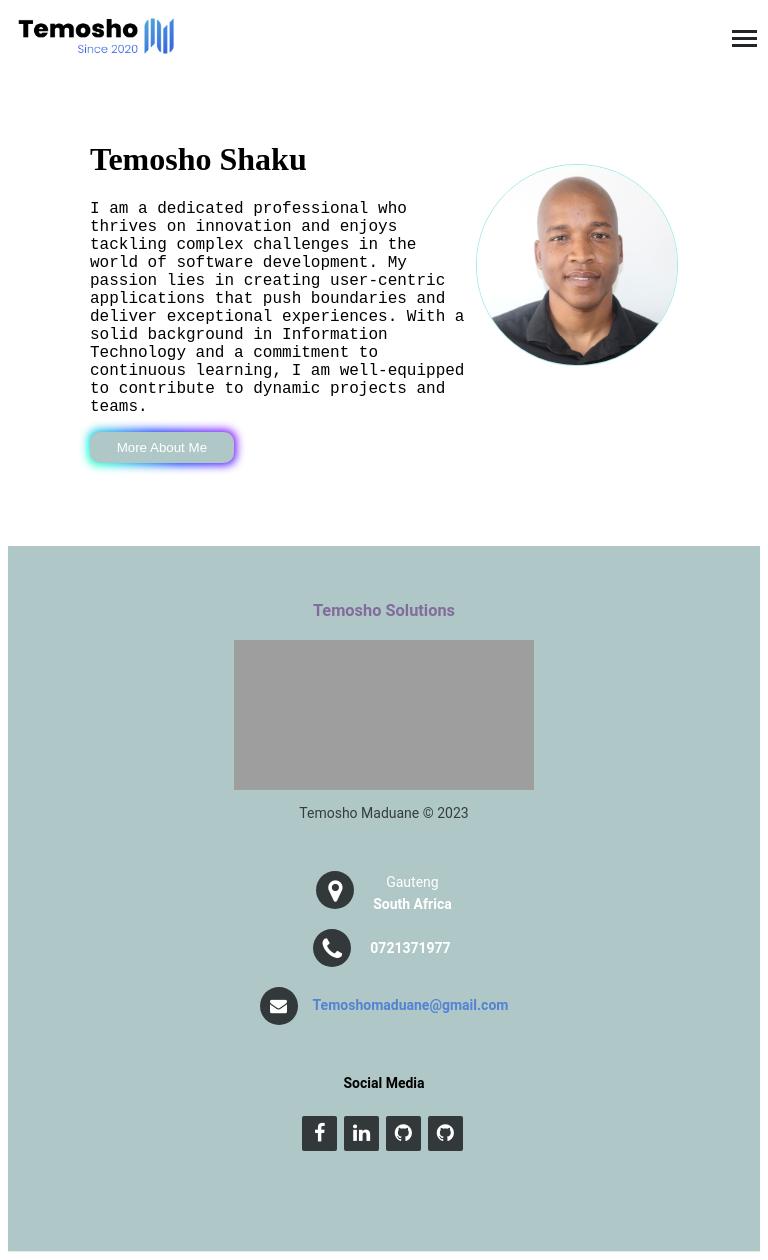
Repository: TemoshoS/T-Shaku
Page: index.html
These files come from the project's save history. The page is drawn as it stood at one moment and after the next save; the edit follows.
The browser window is 768 px wide. The pictures show the whole page.
Pictures or frames that could not be fetched are drawn as grey boxes. Some web libraries are served in a nearby version.

Above is the page before, as saved 2023-09-28 14:58:46.

### index.html
<!DOCTYPE html>
<html>
<title>Temosho Shaku</title>
<meta charset="UTF-8">
<meta name="viewport" content="width=device-width,initial-scale=1">


<link rel="stylesheet" href="./css/style.css">

<link rel="stylesheet" href="http://maxcdn.bootstrapcdn.com/font-awesome/4.2.0/css/font-awesome.min.css">
<link href="http://fonts.googleapis.com/css?family=Cookie" rel="stylesheet" type="text/css">

<body>

  <header>
    <div>
      <table style="width: 100%;">
        <tr>
          <td>
            <a href="index.html">
              <img src="./images/logo.png" style="height: 50px;" alt="No logo" />
            </a>
          </td>
          <td align="right">
            <nav>
              <!-- Mobile Menu Icon -->
              <div class="menu-icon" onclick="toggleMenu()">
                <div class="bar"></div>
                <div class="bar"></div>
                <div class="bar"></div>
              </div>
              <!-- Navigation Links (Initially Hidden) -->
              <ul class="nav-links">
                <a href="index.html" class="nav-link"><b>Home</b></a>
                <a href="about.html" class="nav-link"><b>About me</b></a>
                <a href="contact.html" class="nav-link"><b>Contact us</b></a>
              </ul>
            </nav>
          </td>
        </tr>
      </table>
    </div>
  </header>



  <main>
    <table style="width: 100%; height: 300px">

      <tr>
        <td style="padding-left: 10vh; padding-top: 50px">
          <h1 id="name" class="name"></h1>
          <p style="width: 100%" id="para" class="description"></p>
          <button onclick="window.location.href='about.html'" class="buttonmore">More About Me</button>



        </td>
        <td align="right" style="padding-right: 10vh; padding-top: 30px; padding-bottom: 30px">
          <img src="./images/Temosho.jpg" alt="No picture" class="img-profile" />

        </td>
      </tr>
    </table>
  </main>


  <footer class="footer-distributed">
    <div class="footer-left">

      <h3><span>Temosho Solutions</span></h3>
      <p class="footer-links">
        <iframe
          src="https://www.google.com/maps/embed?pb=!1m18!1m12!1m3!1d57373.12731923028!2d28.183328280934226!3d-26.00669819115315!2m3!1f0!2f0!3f0!3m2!1i1024!2i768!4f13.1!3m3!1m2!1s0x1e956bed9ab01b69%3A0xc853e498933bab2e!2sTembisa%2C%201632!5e0!3m2!1sen!2sza!4v1676883111483!5m2!1sen!2sza"
          width="300" height="150" style="border:0;" allowfullscreen="" loping="lazy"></iframe>


      </p>


      <p class="footer-portfolio-name">Temosho Maduane &copy; 2023</p>
    </div>

    <div class="footer-center">

      <div>
        <i class="fa fa-map-marker"></i>
        <p><span>Gauteng</span>South Africa</p>
      </div>
      <div>
        <i class="fa fa-phone"></i>
        <p>0721371977</p>
        </p>

      </div>
      <div>

        <p><a href="temoshomaduane@gmail.com"><i class="fa fa-envelope"></i>Temoshomaduane@gmail.com</a>
        </p>
      </div>
    </div>

    <div class="footer-right">
      <p>
        Social Media
      </p>

      <div class="footer-icons">
        <a href="https://m.facebook.com/temosho.shaku"><i class="fa fa-facebook"></i></a>
        <a href="https://www.linkedin.com/mwlite/in/temosho-shaku-a2598917b"><i class="fa fa-linkedin"></i></a>
        <a href="https://github.com/TemoshoS"><i class="fa fa-github"></i></a>
        <a href="https://api.whatsapp.com/send?phone=27 721371977"><i class="fa fa-github"></i></a>

      </div>

    </div>
  </footer>
  <script src="./javascript/index.js"></script>
</body>

</html>

### css/style.css
/*Navigation bar*/
.nav-link {
	text-decoration: none;
	display: inline-block;
	padding: 13px 13px;
	color: #212529;
	margin-right: 5px;
  }

  .nav-link:hover {
	text-decoration:none;
	border-bottom: 2px solid #84e7ee;
  }


@import url("https://fonts.googleapis.com/css2?family=Roboto:wght@100&display=swap");
h1,
h2,
h3,
h4,
h5,
h6,
p,
a,
label,
address,
input {
	font-family: "Roboto", sans-serif;
}

/* CSS for Mobile Menu Icon */
.menu-icon {
    display: none; /* Initially hidden */
    cursor: pointer;
}

.menu-icon .bar {
    width: 25px;
    height: 3px;
    background-color: #212529;
    margin: 4px 0;
}

/* Add this to your style.css file */

.name{
font-family:Apple Chancery, cursive;
}

.description{
font-family:Courier New, monospace;
}
.img-profile {
    border-radius: 150px;
    object-fit: cover;
    border: 2px solid rgb(166, 233, 233);
    width: 300px;
    height: 300px;
}


/*button*/

.buttonmore {
	padding: 0.6em 2em;
	border: none;
	outline: none;
	color: rgb(255, 255, 255);
	cursor: pointer;
	position: relative;
	z-index: 0;
	border-radius: 10px;
	user-select: none;
	-webkit-user-select: none;
	touch-action: manipulation;
  }

  .buttonmore:before {
	content: "";
	background: linear-gradient(
	  45deg,
	  #ff0000,
	  #ff7300,
	  #fffb00,
	  #48ff00,
	  #00ffd5,
	  #002bff,
	  #7a00ff,
	  #ff00c8,
	  #ff0000
	);
	position: absolute;
	top: -2px;
	left: -2px;
	background-size: 400%;
	z-index: -1;
	filter: blur(5px);
	-webkit-filter: blur(5px);
	width: calc(100% + 4px);
	height: calc(100% + 4px);
	animation: glowing-button-85 20s linear infinite;
	transition: opacity 0.3s ease-in-out;
	border-radius: 10px;
  }

  @keyframes glowing-button-85 {
	0% {
	  background-position: 0 0;
	}
	50% {
	  background-position: 400% 0;
	}
	100% {
	  background-position: 0 0;
	}
  }

  .buttonmore:after {
	z-index: -1;
	content: "";
	position: absolute;
	width: 100%;
	height: 100%;
	background: #b0c7c7;
	left: 0;
	top: 0;
	border-radius: 10px;
  }
/*Contact form*/
.contactform {


	border-radius: 5px;
	background-color: #f2f2f2;
	padding: 20px;
	width: 400px;
	margin-left: auto;
	margin-right: auto;

}



.footer-distributed{
	background-color: #b0c7c7;
	box-shadow: 0 1px 1px 0 rgba(5, 110, 52, 0.12);
	box-sizing: border-box;
	width: 100%;
	text-align: left;
	font: bold 16px sans-serif;

	padding: 55px 50px;
	margin-top: 80px;
}

.footer-distributed .footer-left,
.footer-distributed .footer-center,
.footer-distributed .footer-right{
	display: inline-block;
	vertical-align: top;
}

.footer-distributed .footer-left{
	width: 40%;
}

.footer-distributed h3{
	color:  #ffffff;

	margin: 0;
}

.footer-distributed h3 span{
	color:  #826c9b;
}


.footer-distributed .footer-links{
	color:  #ffffff;
	margin: 20px 0 12px;
	padding: 0;
}

.footer-distributed .footer-links a{
	display:inline-block;
	line-height: 1.8;
	text-decoration: none;
	color:  inherit;
}

.footer-distributed .footer-portfolio-name{
	color:  #373d3d;
	font-size: 14px;
	font-weight: normal;
	margin: 0;
}


.footer-distributed .footer-center{
	width: 35%;
}

.footer-distributed .footer-center i{
	background-color:  #33383b;
	color: #ffffff;
	font-size: 25px;
	width: 38px;
	height: 38px;
	border-radius: 50%;
	text-align: center;
	line-height: 42px;
	margin: 10px 15px;
	vertical-align: middle;
}

.footer-distributed .footer-center i.fa-envelope{
	font-size: 17px;
	line-height: 38px;
}

.footer-distributed .footer-center p{
	display: inline-block;
	color: #ffffff;
	vertical-align: middle;
	margin:0;
}

.footer-distributed .footer-center p span{
	display:block;
	font-weight: normal;
	font-size:14px;
	line-height:2;
}

.footer-distributed .footer-center p a{
	color:  #5383d3;
	text-decoration: none;;
}

.footer-distributed .footer-right{
	width: 20%;
}

.footer-distributed .footer-portfolio-about{
	line-height: 20px;
	color:  #92999f;
	font-size: 13px;
	font-weight: normal;
	margin: 0;
}

.footer-distributed .footer-portfolio-about span{
	display: block;
	color:  #ffffff;
	font-size: 14px;
	font-weight: bold;
	margin-bottom: 20px;
}

.footer-distributed .footer-icons{
	margin-top: 25px;
}

.footer-distributed .footer-icons a{
	display: inline-block;
	width: 35px;
	height: 35px;
	cursor: pointer;
	background-color:  #33383b;
	border-radius: 2px;

	font-size: 20px;
	color: #ffffff;
	text-align: center;
	line-height: 35px;

	margin-right: 3px;
	margin-bottom: 5px;
}




@media (max-width: 880px) {

	.menu-icon {
        display: block; /* Display the icon for smaller screens */
    }

    .nav-links {
        display: none; /* Hide the navigation links for smaller screens */
    }

    /* Add additional styles for the navigation links when hidden */
    .nav-link {
        display: block;
        text-align: center;
        margin: 5px 0;
        padding: 10px;
    }

	.name{
		font-size: ;
		}

		.description{
		font-family:Courier New, monospace;
		}
		.img-profile {
			border-radius: 150px;
			object-fit: cover;
			border: 2px solid rgb(166, 233, 233);
			width: 300px;
			height: 300px;
		}


	.img-profile {
		border-radius: 100px;
		object-fit: cover;
		border: 1px solid rgb(166, 233, 233);
		width: 200px;
		height: 200px;
	}


	.footer-distributed{
		font: bold 14px sans-serif;

	}

	.footer-distributed .footer-left,
	.footer-distributed .footer-center,
	.footer-distributed .footer-right{
		display: block;
		width: 100%;
		margin-bottom: 40px;
		text-align: center;
	}

	.footer-distributed .footer-center i{
		margin-left: 0;
	}


}

### javascript/index.js

document.getElementById("name").innerHTML = "Temosho Shaku";

document.getElementById("para").innerHTML = `I am a dedicated professional who thrives on innovation and enjoys tackling complex challenges in
the world of software development. My passion lies in creating user-centric applications that push
boundaries and deliver exceptional experiences. With a solid background in Information
Technology and a commitment to continuous learning, I am well-equipped to contribute to
dynamic projects and teams.`;




function toggleMenu() {
    var navLinks = document.querySelector('.nav-links');
    navLinks.style.display = navLinks.style.display === 'block' ? 'none' : 'block';
}

After the next save:
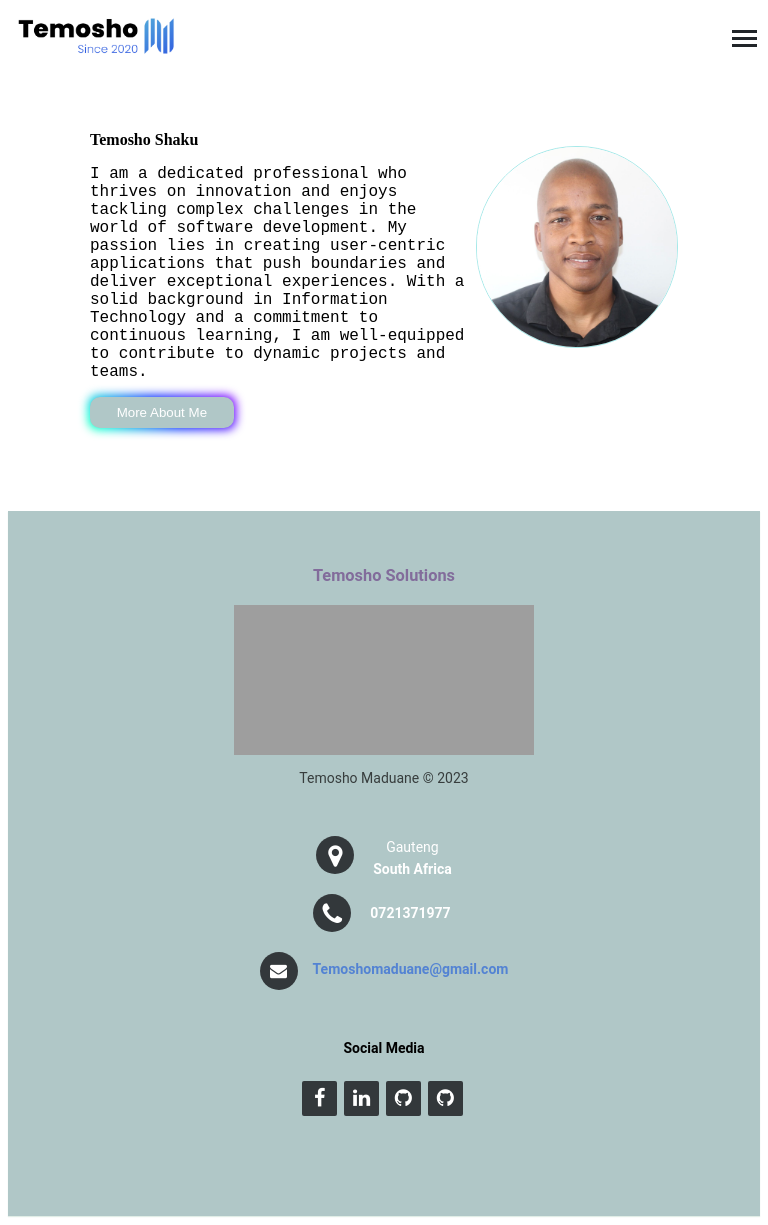
Saved 4 s later.
--- a/css/style.css
+++ b/css/style.css
@@ -300,7 +300,7 @@
     }
 
 	.name{
-		font-size: ;
+		font-size: 16px;
 		}
 
 		.description{

After the save that followed:
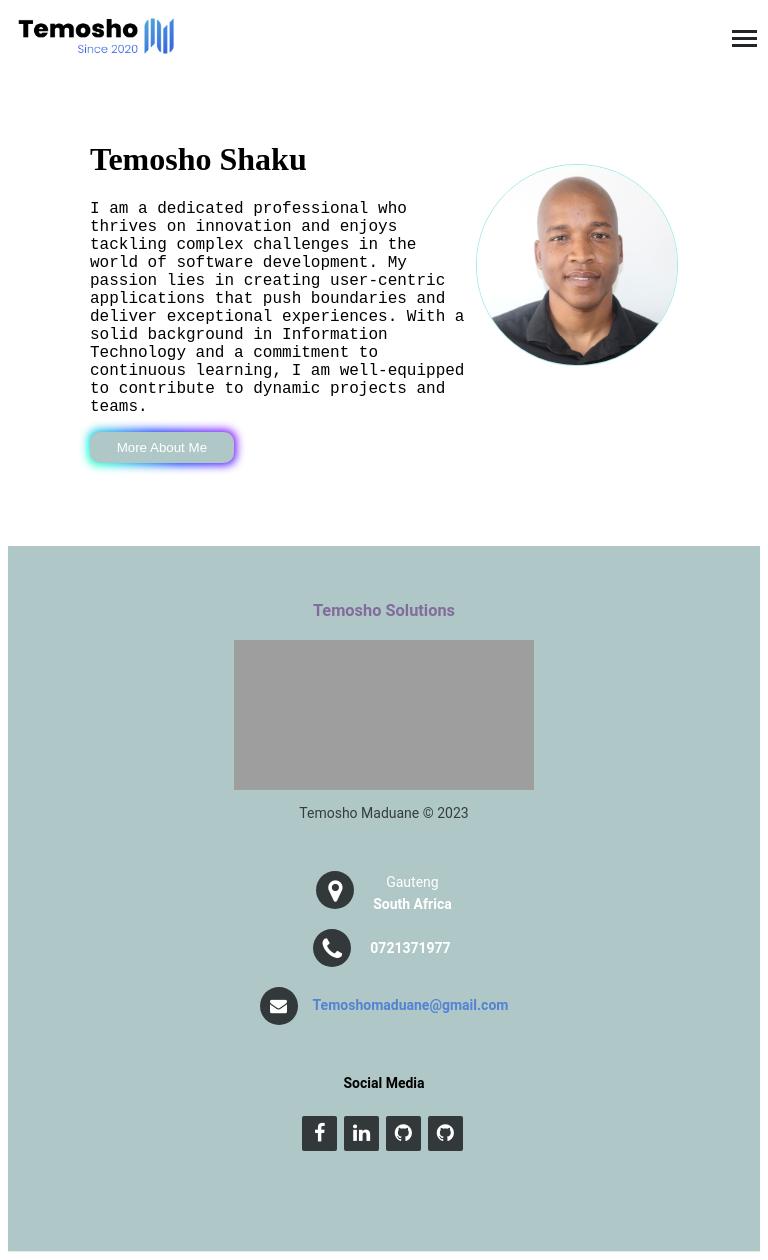
Saved 10 s later.
--- a/css/style.css
+++ b/css/style.css
@@ -300,7 +300,7 @@
     }
 
 	.name{
-		font-size: 16px;
+		font-family:Apple Chancery, cursive;
 		}
 
 		.description{
